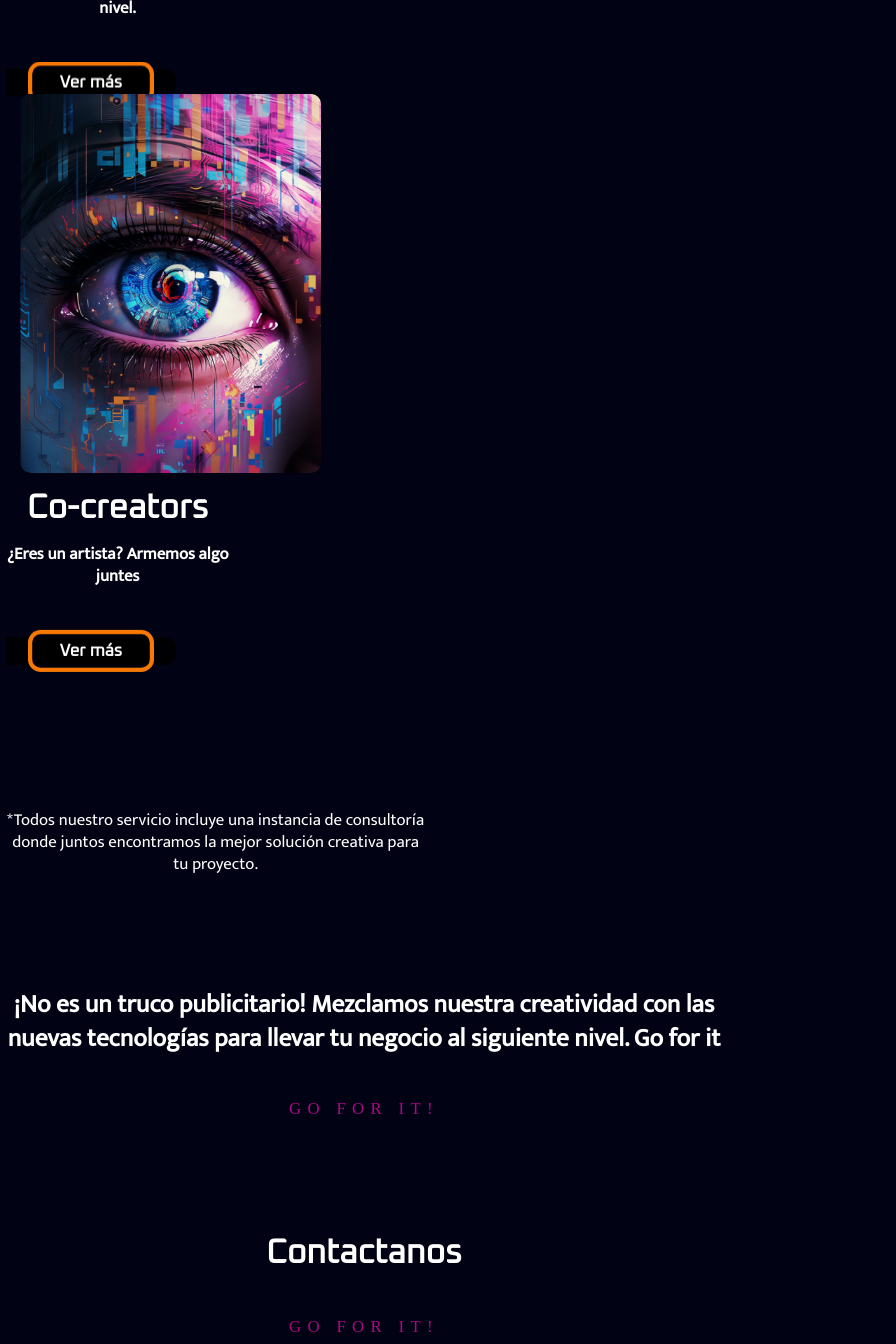
Repository: itsomosedison/tailwind-landing-page
Page: index.html
These files come from the project's save history. The page is drawn as it stood at one moment and after the next save; the edit follows.
The browser window is 1280 px wide. The pictures show the part of the page from y = 2997 to 4917 px (the page is 4917 px tall before and 4705 px after), at 70% of full size.
Some web fonts or font styles are not loaded; a fallback is used.

Above is the page before, as saved 2023-09-30 19:15:53.

After the next save:
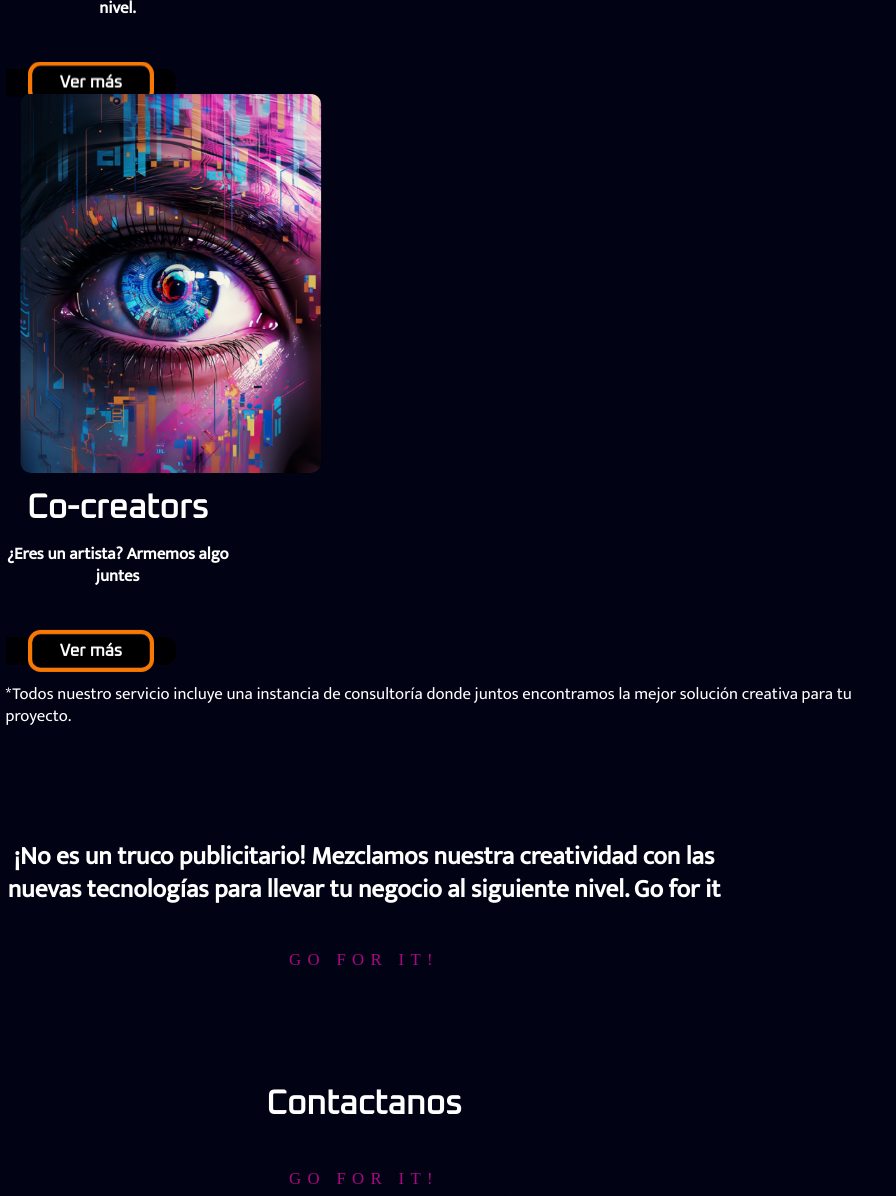
Saved 19 s later.
--- a/index.html
+++ b/index.html
@@ -94,11 +94,7 @@
         </div>
 
         <div class="containerFuxia flex-row"></div>
-                    <section class="containerFuxia flex-row" style="text-align: center;">
-                <div class="col-span-1" style="text-align: center; width: 100%; display: flex; flex-direction: column; align-items: center;margin-top:180px;width: 600px;">
                     <p class="FuxiaH2">*Todos nuestro servicio incluye una instancia de consultoría donde juntos encontramos la mejor solución creativa para tu proyecto.</p>
-                </div>
-            </section>
         </div>
 
         <section class="containerFuxia flex-row" style="text-align: center;">
